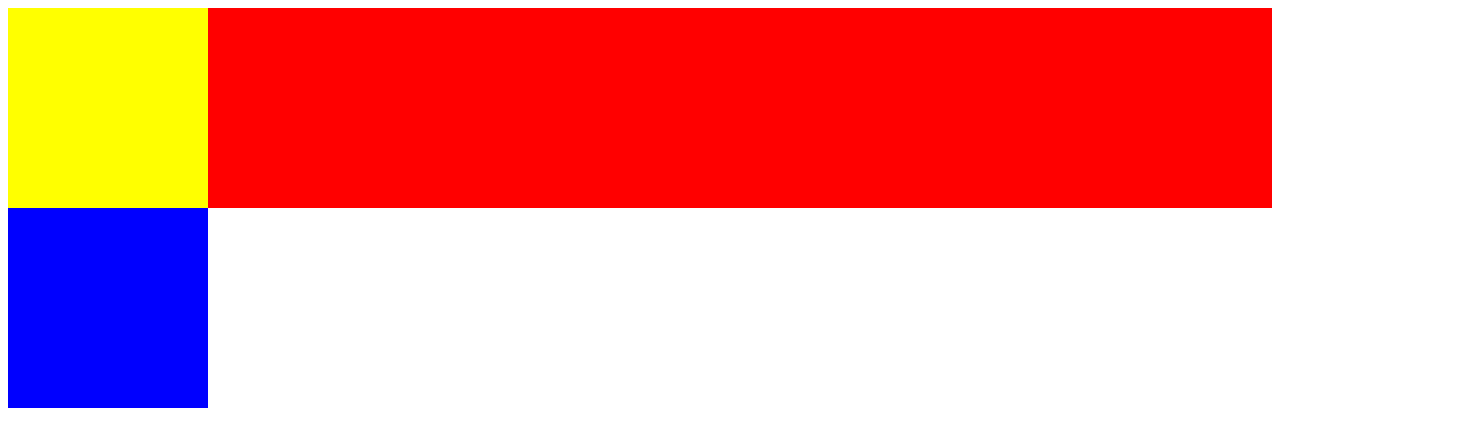
Repository: KonanW/front-end-knowledge
Page: css/layout2.html
The author's editor kept a copy of each file at every save. The page is drawn from the files as they stood at one save, then again after the next save.
The browser window is 1280 px wide. The page is 1280 px wide, then 1472 px, so the pictures cover 1472 px, including what lies to the right of the window. The pictures show the whole page.

Above is the page before, as saved 2019-06-21 00:45:25.

After the next save:
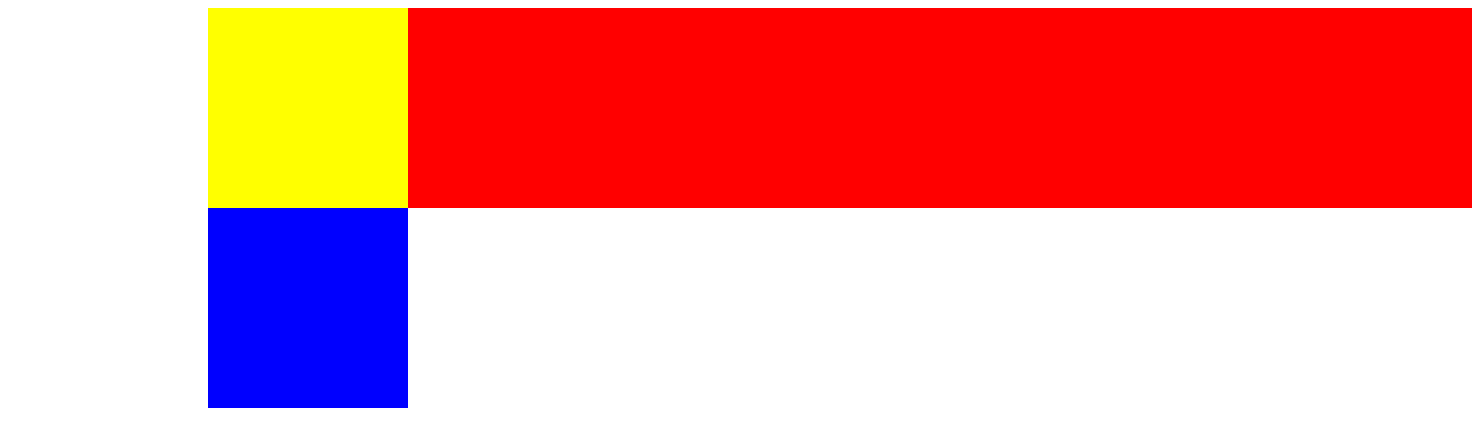
Saved 33 s later.
--- a/css/layout2.html
+++ b/css/layout2.html
@@ -10,6 +10,7 @@
       position: relative;
       width: 100%;
       height: 200px;
+      padding: 0 0 0 200px;
     }
 
     .middle {
